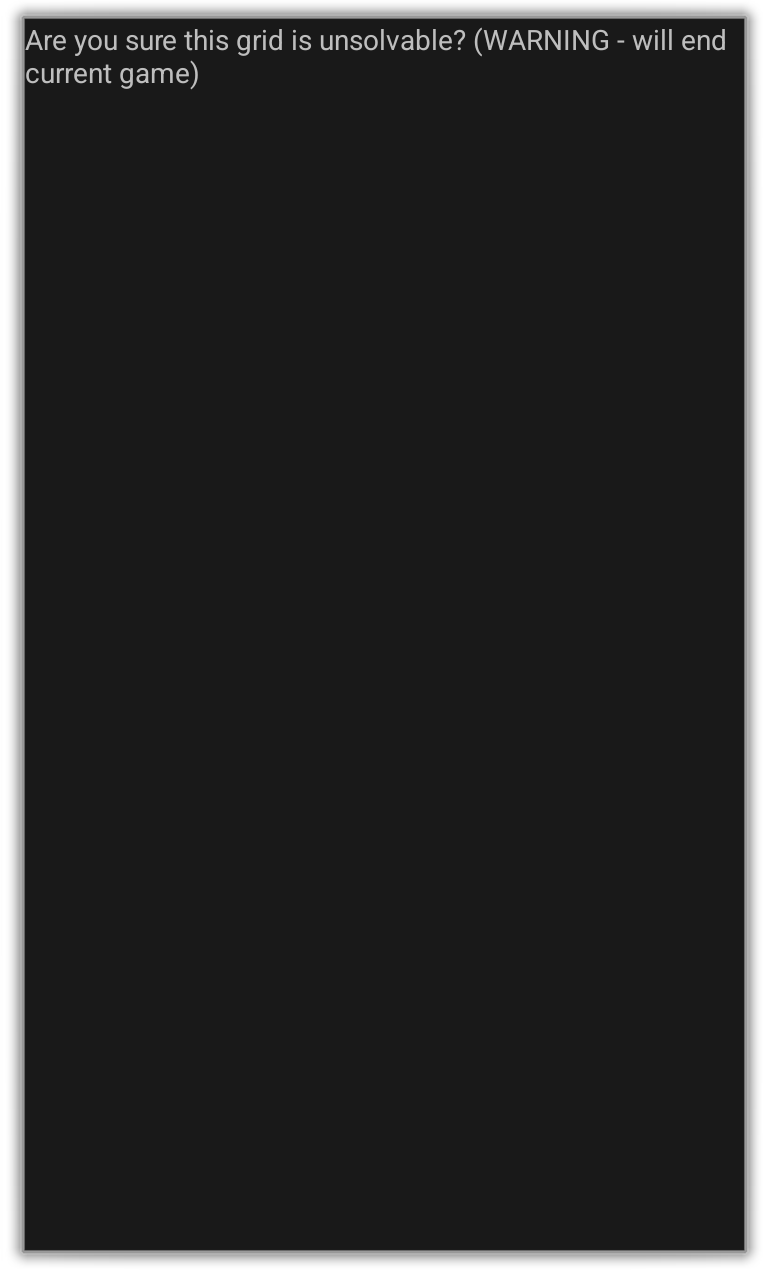
Repository: rickydalziel/project
Layout: Numbersorter/res/layout/activity_unsolve_dialog.xml
The author's editor kept a copy of each file at every save. The layout is drawn from the files as they stood at one save, then again after the next save.
It is drawn on a 768 x 1280 px phone screen (xhdpi) without system bars, with theme android:Theme.Dialog; the app's code is not run.

Above is the layout before, as saved 2013-03-07 13:20:04.

### Numbersorter/res/layout/activity_unsolve_dialog.xml
<LinearLayout xmlns:android="http://schemas.android.com/apk/res/android"
    xmlns:tools="http://schemas.android.com/tools"
    android:layout_width="match_parent"
    android:layout_height="match_parent"
    tools:context=".UnsolveDialog" >

      <TextView
		        android:layout_width="wrap_content"
		        android:layout_height="wrap_content"
		        android:text="@string/unsolveable" />

    <TableLayout
       	android:layout_height="wrap_content"
        android:layout_width="wrap_content"
        android:layout_gravity="center"
        android:stretchColumns="*">





      	<TableRow>

	        <Button
	            android:id="@+id/unsolve_yes_button"
	            android:layout_width="fill_parent"
	            android:layout_height="fill_parent"
	            android:text="@string/yes"
	            android:onClick="yesPressed"/>

	         <Button
	            android:id="@+id/unsolve_cancel_button"
	            android:layout_width="fill_parent"
	            android:layout_height="fill_parent"
	            android:text="@string/cancel"
	            android:onClick="cancelPressed"  />

	    </TableRow>


    </TableLayout>

</LinearLayout>

### Numbersorter/res/values/strings.xml
<?xml version="1.0" encoding="utf-8"?>
<resources>

    <!-- Main menu strings -->

    <string name="app_name">Numbersorter</string>
    <string name="main_menu">Main Menu</string>
    <string name="menu_settings">Settings</string>
    <string name="title_activity_main">Number Sorter</string>
    <string name="new_game">New Game</string>
    <string name="continue_game">Continue</string>
    <string name="about">About</string>
    <string name="exit_game">Exit</string>

    <!-- About scree strings -->

    <string name="about_app">About Numbersorter</string>
    <string name="about_text">	    Numbersorter is a program written and desgned by Ricky Dalziel, for his 4th year honours project.
	    The aim of the game is to swipe a mxn grid of numbers into position so that they read from 1 - (m*n).
	</string>
    <string name="hello_world">Hello world!</string>
    <string name="title_activity_about">AboutActivity</string>

    <!-- New game dialog strings -->

    <string name="newgametext">Please select a board width and height</string>
    <string name="height">Height</string>
    <string name="width">Width</string>
    <string name="cancel">Cancel</string>

    <!-- Array options for the dialog box -->

    <string-array name="size_array">
        <item>3</item>
        <item>4</item>
        <item>5</item>
        <item>6</item>
    </string-array>

    <string name="title_activity_game">Game</string>
    <string name="title_activity_unsolve_dialog">Unsolveable?</string>
    <string name="unsolveable">Are you sure this grid is unsolvable? (WARNING -  will end current game)</string>
    <string name="yes">Yes</string>
    <string name="no">No</string>

</resources>

After the next save:
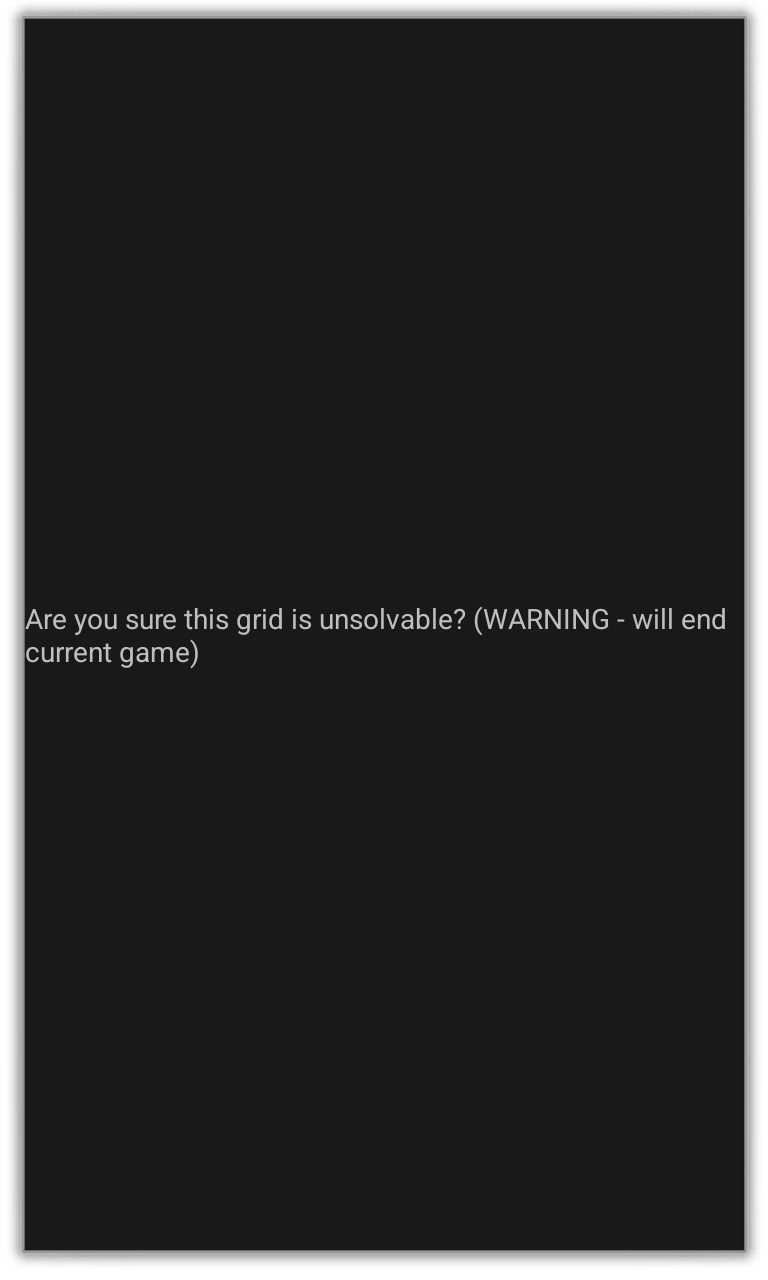
Saved 82 s later.
--- a/Numbersorter/res/layout/activity_unsolve_dialog.xml
+++ b/Numbersorter/res/layout/activity_unsolve_dialog.xml
@@ -5,18 +5,15 @@
     tools:context=".UnsolveDialog" >
 
       <TextView
-		        android:layout_width="wrap_content"
-		        android:layout_height="wrap_content"
-		        android:text="@string/unsolveable" />
+        android:layout_width="wrap_content"
+        android:layout_height="wrap_content"
+        android:layout_gravity="center"
+        android:text="@string/unsolveable" />
 
     <TableLayout
        	android:layout_height="wrap_content"
         android:layout_width="wrap_content"
-        android:layout_gravity="center"
-        android:stretchColumns="*">
-
-
-
+        android:layout_gravity="center">
 
 
       	<TableRow>
